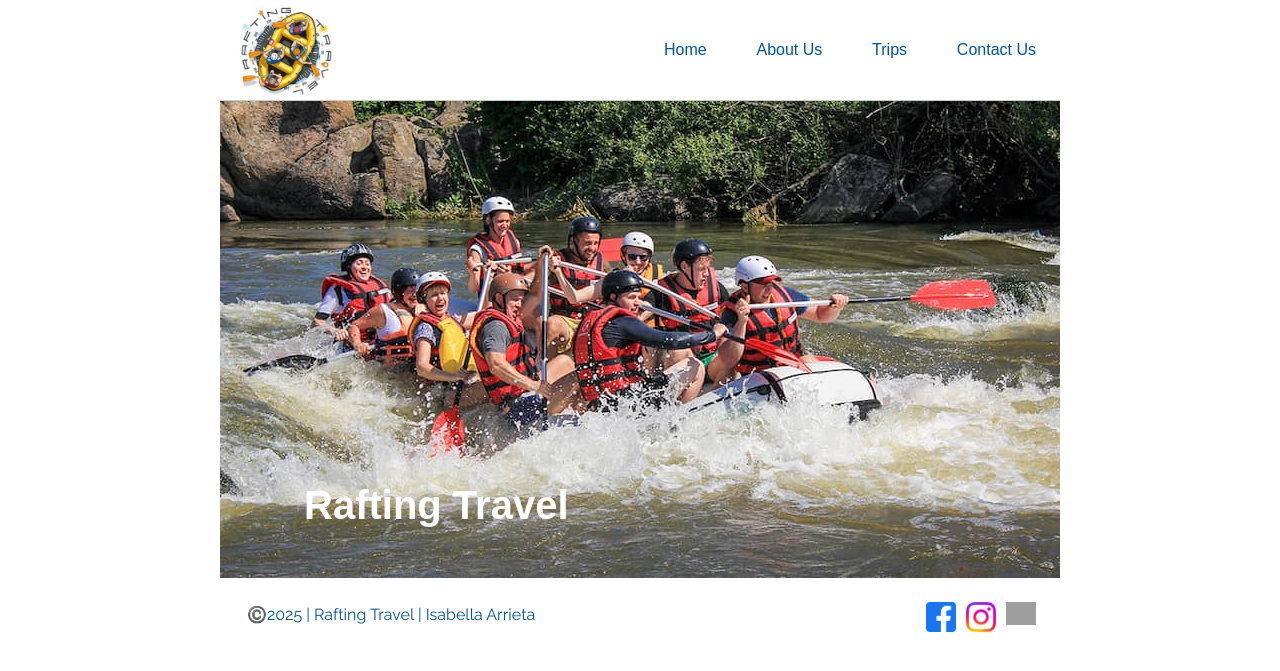
Repository: isaAJ05/wdd130
Page: wwr/index.html
These files come from the project's save history. The page is drawn as it stood at one moment and after a run of saves; the edit follows.
The browser window is 1280 px wide. The pictures show the whole page.
Pictures or frames that could not be fetched are drawn as grey boxes. Some web fonts or font styles are not loaded; a fallback is used.

Above is the page before, as saved 2025-06-16 20:03:31.

### wwr/index.html
<!DOCTYPE html>
<html lang="en">
<head>
    <meta charset="UTF-8">
    <meta name="viewport" content="width=device-width, initial-scale=1.0">
    <title>Home-Rafting Travel</title>
    <meta name="description" content="Main page: Rafting Travel">
    <meta name="author" content="Isabella Arrieta">
    <link rel="stylesheet" href="styles/rafting.css">
    <link rel="preconnect" href="https://fonts.googleapis.com">
    <link rel="preconnect" href="https://fonts.gstatic.com" crossorigin>
    <link href="https://fonts.googleapis.com/css2?family=Play:wght@400;700&family=Raleway:ital,wght@0,100..900;1,100..900&display=swap" rel="stylesheet">
</head>
<body>
    <header>
        <img src ="images/z-raftingcompas.jpg" alt="Rafting Company Logo">
    <nav>
        <a href="index.html">Home</a>
        <a href="about.html">About Us</a>
        <a href="trips.html">Trips</a>
        <a href="contact.html">Contact Us</a>
    </nav>
    </header>
    <main>
        <div class="hero">
            <img src="images/rafting10_1024.jpg" alt="Rafting">
            <h1>Rafting Travel</h1>
        </div>
        </main>
    <footer>
        <p>©️2025 | Rafting Travel | Isabella Arrieta</p>
        <nav class="socialmedia">
            <a href="https://www.facebook.com/">
                <img src="images/facebook.webp" alt="Facebook" width="30">
            </a>
            <a href="https://www.instagram.com/">
                <img src="images/instagram.webp" alt="Instagram" width="30">
            </a>
            <a href="https://x.com/home">
                <img src="images/x.webp" alt="X" width="30">
            </a>
        </nav>
    </footer>
</body>
</html>

### wwr/styles/rafting.css
:root {
    --primary-color: #FC9F1C;
    --secondary-color: #FFE77C;
    --accent1-color: #025595;
    --accent2-color: #A6DEF6;
    --heading-font: "Play", sans-serif;
    --body-font: "Raleway", sans-serif;
}

header {
    margin: 1rem auto;
    background-color: #fff;
    color: var(--secondary-color);
    display: grid;
	grid-template-columns: 1fr 1fr;
    align-items: center;
    border-bottom: 1px solid #ccc;

}
header img {
    width: 100px;
    height: auto;
    margin-left: 16px;
}
*{
    margin: 0;
    padding: 0;
    box-sizing: border-box;
}
body {
    font-family: var(--body-font);
    color: var(--accent1-color);
}
 header, main, footer {
    width: 840px;
    margin: 0 auto;
}
h1, h2{
    font-family: var(--heading-font);
    color: var(--accent1-color);
}
p, section, article{
    margin: 16px;
    padding: 8px;
}
.History {
    display: grid;
	grid-template-columns: 1fr 1fr 1fr;
    align-items: center;
    grid-gap: 1px;
}
.History h2{
    grid-column: 1/4;
    text-align: center;

}
.History img{
    width: 100%;
    height: auto;
}
.Adventure {
    display: grid;
    grid-template-columns: 1fr 1fr 1fr 1fr 1fr;
    align-items: center;
    grid-gap: 15px;
}
.Adventure h2{
    grid-column: 1/6;
    text-align: center;
}
.Adventure img{
    width: 100%;
    height: auto;
}
figcaption {
    text-align: center;
}
nav {
    margin: 16px;
    padding: 8px;
    display: flex;
    justify-content: space-between;
	flex: 1 1 auto;

}
nav a {
    text-decoration: none;
    font-family: var(--heading-font);
    color: var(--accent1-color);
}
nav a:hover {
    color: var(--primary-color);
    text-decoration: underline;
}

.socialmedia a{
    text-decoration: none;
}
.socialmedia {
    justify-content: right;
    gap: 10px;
}

.herodiv{
    position: relative;
    margin: 1em auto;

}

.herodiv img{
    display: block;
    width: 100%;
    height: auto;
}

.herodiv h1{
    position: absolute;
    top: 20px;
    width: 100%;
    padding: 16px;
    text-align: center;
    opacity: 0.9;
    background-color: var(--accent1-color);
    color: #ffffff;

}

.herodiv article{
    position: absolute;
    top: 150px;
    left: 5px;
    width: 800px;
    opacity: 0.9;
    background-color: var(--accent1-color);
    color: #ffffff;
}
.herodiv article img{
    float: right;
    width: 230px;
    padding: 8px;
}
footer {
    display: flex;

}
footer p {
    margin: 19px;
    padding: 8px;

}
.rectangle-3 {
	width: 840px;
	height: 159px;
	padding: 8px 8px 8px 8px;
	background:var(--accent1-color);
    margin: 0 auto;
    display: flex;
    flex-direction: column;
    align-items: center;
    justify-content: center;
	border-radius: 3px 3px 3px 3px;

}
.rectangle-3 .header-3 {
    width: 463px;
	height: 36px;
	color: #FFFFFF;
	font-family: var(--heading-font);
	font-weight: 700;
	font-size: 30px;
	line-height: 1.2;
	text-align: center;
}
.we-love-questions-and-feedback-and-we-re-always- {
	width: 418px;
	height: 44px;
	color: #FFFFFF;
	font-family: var(--body-font);
	font-weight: 400;
	font-size: 13px;
	line-height: 1.4;
	text-align: center;
}
.rectangle-4 {
	width: 840px;
	height: 348px;
	background: #FFFFFF;
	border-radius: 3px 3px 3px 3px;
    display: flex;
    align-items: flex-start;
}
.column-text{
    flex:1;
    padding: 20px;
    align-items: center;
}
.column-text .block{
    flex:1;
}

.column-map {
    flex: 1;
    text-align: right;;
}

.column-map iframe {
	max-width: 463px;
	height: 348px;
	background: #00000000;

}


.header-14 {
	width: 223px;
	color: var(--accent1-color);
	font-family: var(--body-font);
	font-weight: 700;
	font-size: 24px;
	line-height: 1.2;
    text-align: left;
    margin-top: 34px;
}
.jackson-wyoming-ee-uu- {

    margin-top: 35px;
	color: var(--accent1-color);
	font-family: var(--body-font);
	font-weight: 600;
	font-size: 16px;
	line-height: 1.1;
	text-align: left;
    padding-left: 6px;
}


.address-phone-and-email {
    margin-top: 20px;
	color: var(--accent1-color);
	font-family: var(--body-font);
	font-weight: 400;
	font-size: 11px;
	line-height: 1.5;
	text-align: left;
}
.address-phone-and-email img {
	width: 18px;
	height: 18px;
}
.address-phone-and-email figure {
    display: flex;
    gap: 10px;
    margin: 0;
    margin-top: 10px;
}



.rectangle-5 {
	width: 840px;
	height: 240px;
    padding: 20px 20px 20px 20px;
	background: var(--accent1-color);
	border-radius: 3px 3px 3px 3px;
    display: grid;
    grid-template-columns: 1fr 1fr 1fr;
    align-items: center;
    justify-items: center;
}
.rectangle-5 img {
	width: 120px;
	height: 135px;
	background: #00000000;
}

.rectangle-5 figcaption {
	width: 111px;
	height: 15px;
	color: #FFFFFF;
	font-family: var(--body-font);
	font-weight: 500;
	font-size: 14px;
	line-height: 1.1;
	text-align: center;
}

.header-16 {
	width: 223px;
	height: 48px;
	color: #FFFFFF;
	font-family: var(--heading-font);
	font-weight: 700;
	font-size: 24px;
	line-height: 1.2;
	text-align: center;
    grid-column: 1/4;
    margin: 0 auto;
}

.rectangle-6 {
	width: 840px;
	height: 551px;
	padding: 8px 8px 8px 8px;
	background: #EDF0F4;
	border-radius: 3px 3px 3px 3px;
}
.rectangle-6 h2{
    margin-top: 48px;
	color: #3B4754;
	font-family: var(--heading-font);
	font-weight: 700;
	font-size: 24px;
	line-height: 1.2;
	text-align: center;
}

.rectangle-6 p {
	color: #4f6278;
	font-family: var(--body-font);
	font-weight: 400;
	font-size: 13px;
	line-height: 1.5;
	text-align: center;
}

.rectangle-6 .row {
    display: flex;
    gap: 20px;
    align-items: center;
    justify-content: center;
    padding-top: 16px;
    padding-bottom: 16px;

}

.rectangle-6 .form-title {
    display: flex;
    flex-direction: column;

}
.rectangle-6 .form-title label{
	width: 31px;
	height: 12px;
	color: #3B4754;
	font-family: var(--body-font);
	font-weight: 700;
	font-size: 11px;
	line-height: 1.1;
	text-align: left;
}
.rectangle-6 .form-title input{
	width: 225px;
	height: 28px;
	background: #FFFFFF;
	color: #9FAFC1;
	border-color: #C9D3DD;
	border-width: 2px;
	border-style: solid;
	border-radius: 4px 4px 4px 4px;
	font-family: var(--body-font);
	font-weight: 400;
	font-size: 12px;
	text-align: left;
    margin-top: 4px;
}
.rectangle-6 .title label{
	width: 31px;
	height: 12px;
	color: #3B4754;
	font-family: var(--body-font);
	font-weight: 700;
	font-size: 11px;
	line-height: 1.1;
	text-align: left;
    padding-left: 176px;
}
.radio{
    padding-left: 176px;

}

input[type="radio"]{
	background: #FFFFFF;
	border-color: #C9D3DD;
	border-width: 1.5px;
	border-style: solid;
}
.radio label {
    font-family: var(--body-font);
	font-weight: normal;
	font-size: 12px;
	text-align: left;
    color: #232323;
}
.rectangle-6 .textarea {
    display: flex;
    flex-direction: column;
    align-items: center;
    justify-content: center;
}
.rectangle-6 .textarea textarea {
    width: 469px;
	height: 99px;
	background: #FFFFFF;
	color: #000000;
	border-color: #C9D3DD;
	border-width: 2px;
	border-style: solid;
	border-radius: 4px 4px 4px 4px;
	font-family: var(--body-font);
	font-weight: 400;
	font-size: 12px;
	text-align: left;

}
.check {
    padding-left: 260px;
    padding-top: 20px;
    padding-bottom: 16px;
}
.check checkbox {
	width: 371px;
	height: 19px;
	background: #FFFFFF;
	border-color: #C9D3DD;
	border-width: 1.5px;
	border-style: solid;

}

.check label{
    font-family: var(--body-font);
	font-weight: normal;
	font-size: 12px;
	text-align: left;
	color: #4f6278;;
}
.send {
    padding-left: 360px;
}
.rectangle-6 button {
	width: 100px;
	height: 28px;
	padding: 0px 10px 0px 10px;
	background: var(--accent1-color);
	color: #FFFFFF;
	border-color: #3B4754;
	border-width: 1px;
	border-style: solid;
	border-radius: 2px 2px 2px 2px;
	font-family: var(--body-font);
	font-weight: 700;
	font-size: 10px;
	text-align: center;

}
.rectangle-6 button:hover {
    background: var(--primary-color);
    color: #fff;
    cursor: pointer;
}
.hero {
  position: relative;
}
.hero img {
  width: 100%;
  display: block;
}
.hero h1 {
  position: absolute;
  top: 80%;
  left: 10%;
  color: white;
  font-size: 2.5rem;
}

After the next 2 saves:
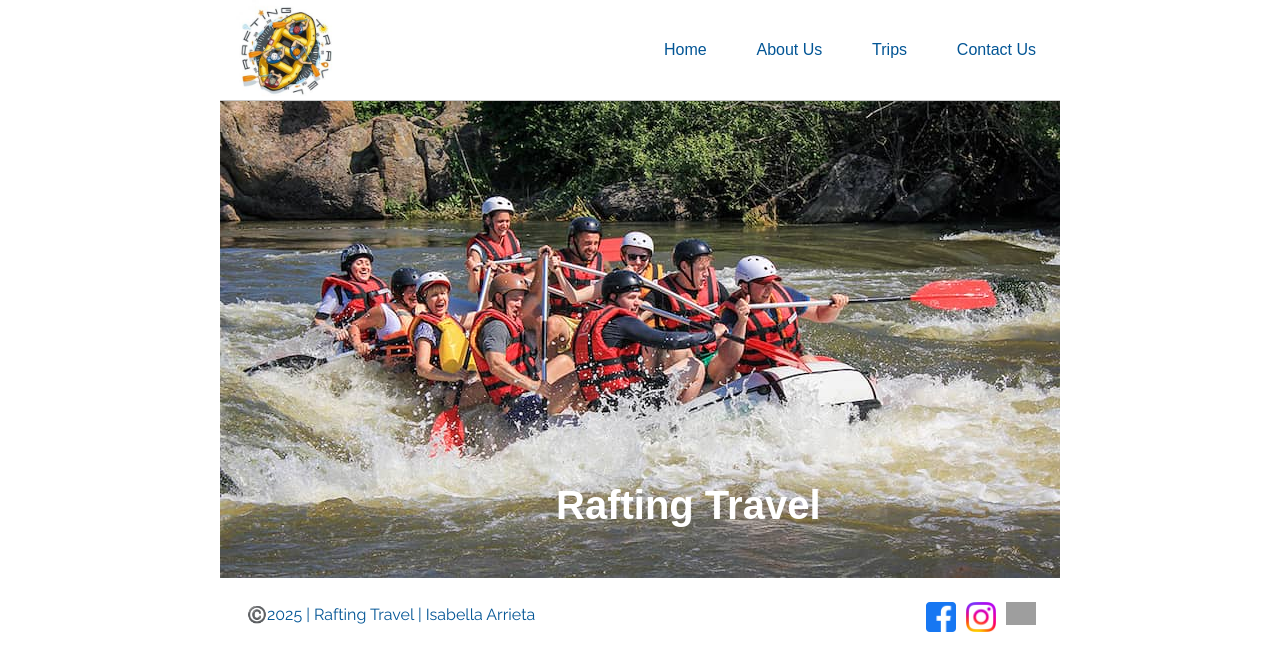
The 2 saves are shown as one change because they came seconds apart.
The last was saved 8 s later.
--- a/wwr/styles/rafting.css
+++ b/wwr/styles/rafting.css
@@ -469,7 +469,7 @@ input[type="radio"]{
 .hero h1 {
   position: absolute;
   top: 80%;
-  left: 10%;
+  left: 40%;
   color: white;
   font-size: 2.5rem;
 }
